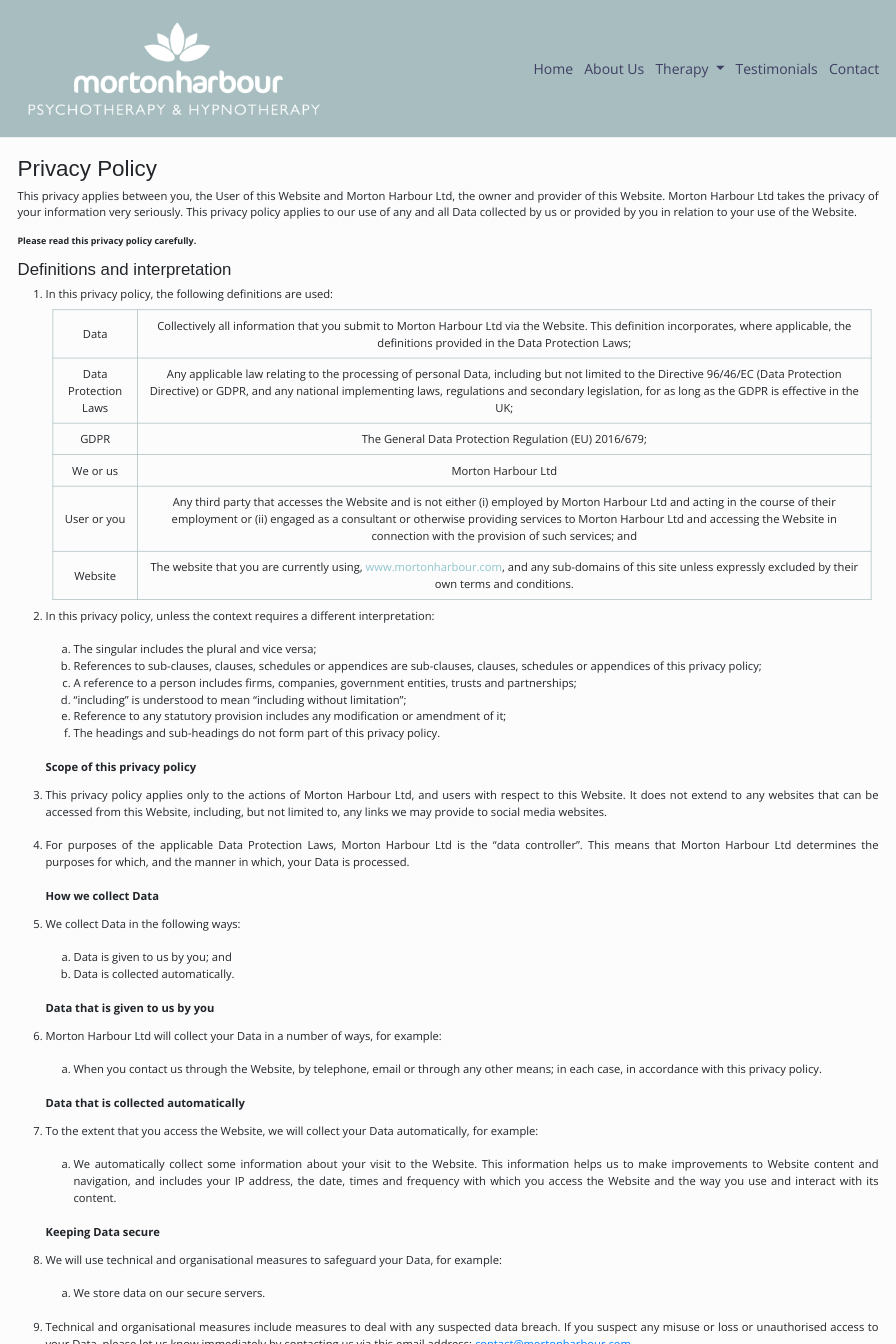
Repository: Code-Institute-Submissions/mortonharbour
Page: privacy policy.html
The author's editor kept a record of every edit. The page is drawn from the files as they stood at one moment, then again after the next edit.
The browser window is 1280 px wide. The pictures show the part of the page from y = 0 to 1920 px (the page is 4032 px tall), at 70% of full size.
The pointer rests on the first visible `.privacy-policy-website`.
Some web fonts or font styles are not loaded; a fallback is used. Some web libraries are served in a nearby version.

Above is the page before.

After the next edit:
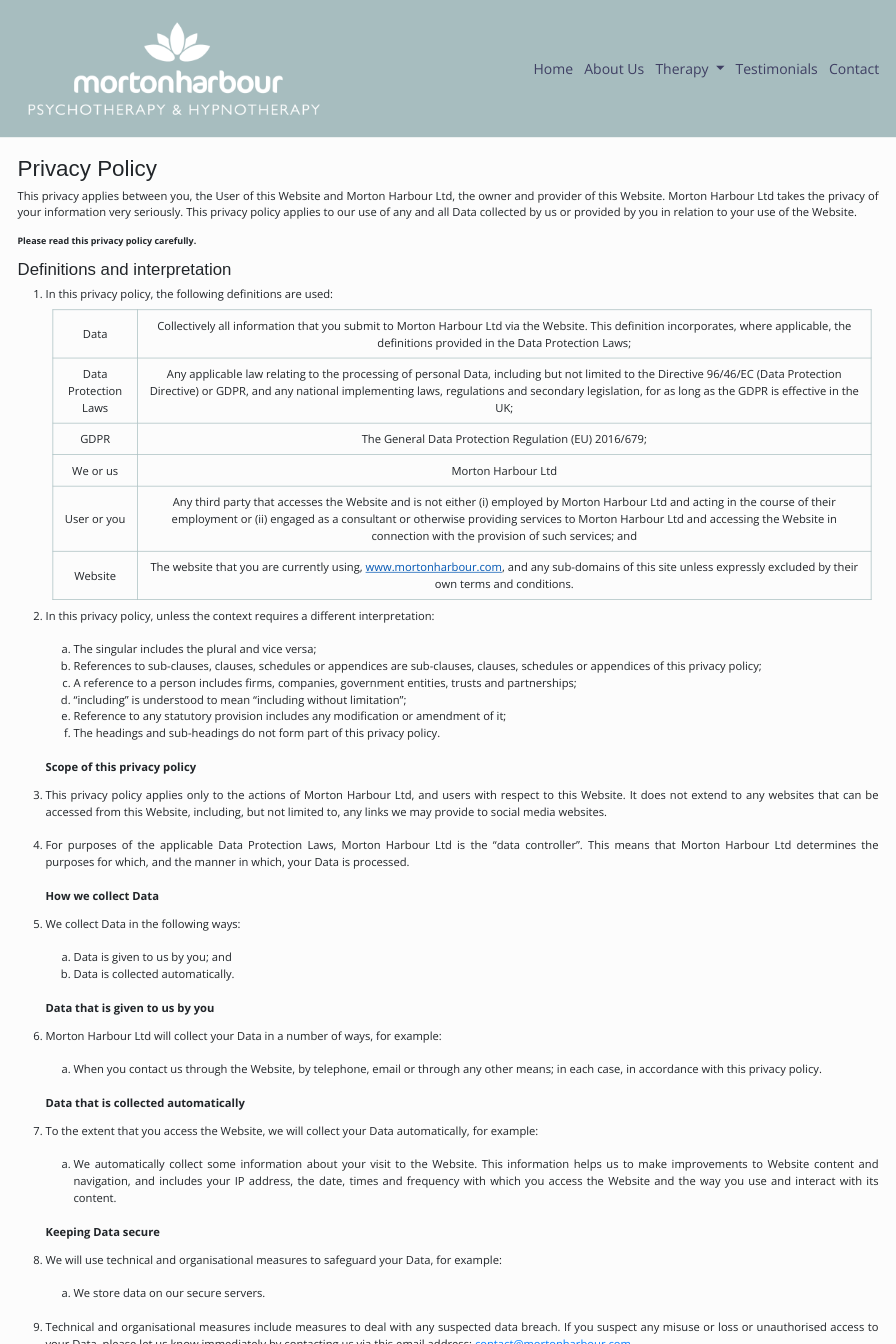
The edit:
--- a/assets/css/style.css
+++ b/assets/css/style.css
@@ -262,7 +262,7 @@
     color: #3f3f63;
 }
 
-.privacy-policy-website:hover {
+.privacy-policy-links:hover {
     text-decoration: none;
     color: #8fc5cb;
 }
